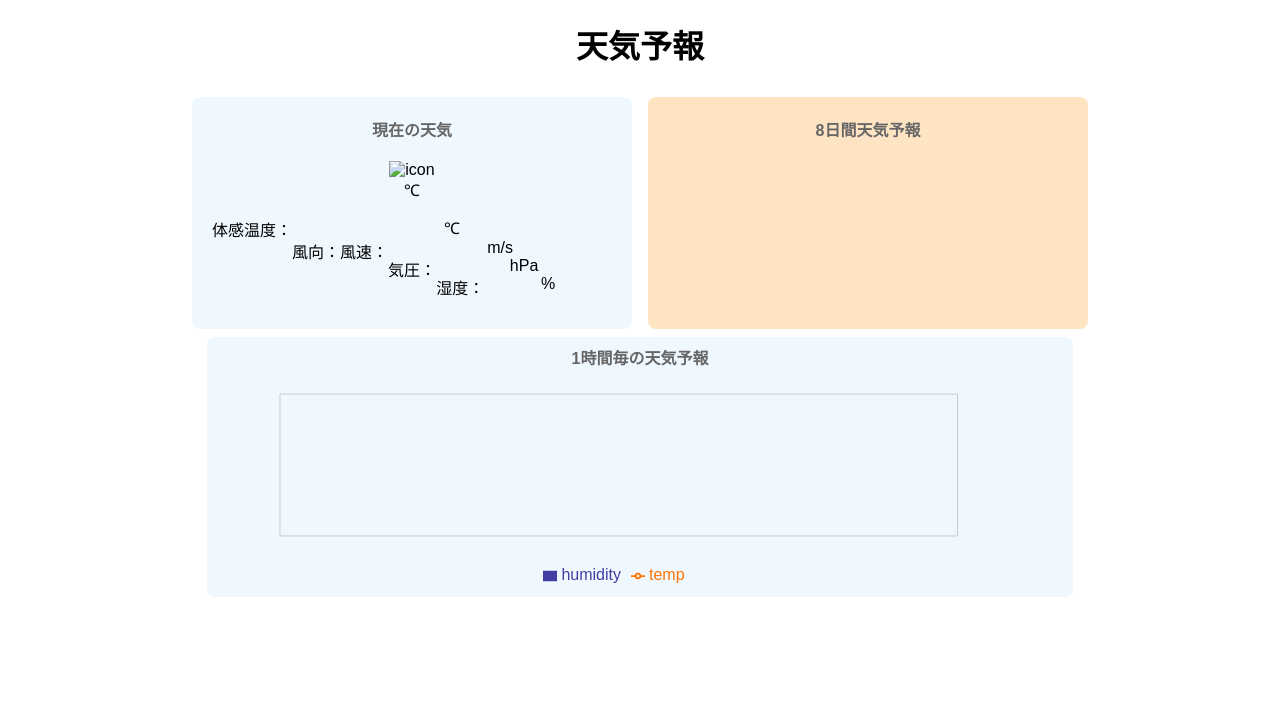
Repository: IshigureTomoki/weather-app
Page: /
These files come from the project's save history. The page is drawn as it stood at one moment and after the next save; the edit follows.
The browser window is 1280 px wide. The pictures show the whole page.
The page's requests for data from a server got no answer. The project was rebuilt for these pictures with package versions that can differ from the ones it lists, and the page was loaded fresh each time. No one was signed in, and anything a server would have sent is missing.

Above is the page before, as saved 2022-02-25 14:58:44.

### src/App.tsx
import axios from "axios";
import { report } from "process";
import React, { useEffect, useState } from "react";
import { convertTypeAcquisitionFromJson } from "typescript";
import "./App.css";
import { LinePlot } from "./components/LinePlot";

function App() {
  useEffect(() => {
    wetherOneCall();
  }, []);

  type weatherReportType = {
    time: string;
    timezone: string;
    temp: string;
    feels_like: string;
    wind_deg: string;
    wind_speed: string;
    pressure: string;
    humidity: string;
    weatherDescription: string;
    weatherIcon: string;
  };

  type weatherDailyReportsType = {
    dt: number;
    temp: {
      max: string;
      min: string;
    };
    weather: [
      {
        description: string;
        icon: string;
        id: string;
        main: string;
      }
    ];
  };

  type weatherHourlyReportsType = {
    time: string;
    temp: string;
    humidity: string;
  };

  const [weatherReport, setWeatherReport] = useState<weatherReportType>();
  const [weatherDailyReports, setWeatherDailyReports] = useState<
    weatherDailyReportsType[]
  >([]);

  const [weatherHourlyReports, setWeatherHourlyReports] = useState<
    weatherHourlyReportsType[]
  >([]);
  const [serchCity, setSearchCity] = useState("");

  const time = (dt: number) => {
    const srTime = new Date(dt * 1000);
    const time = srTime.toLocaleTimeString();
    return `${time}`;
  };

  const hour = (dt: number) => {
    const srTime = new Date(dt * 1000);
    const hour = srTime.getHours();
    return `${hour}`;
  };

  const mday = (dt: number) => {
    const srTime = new Date(dt * 1000);
    const day = srTime.toLocaleDateString();
    return `${day}`;
  };

  const date = (dt: number) => {
    const srTime = new Date(dt * 1000);
    const date = srTime.getDate();
    return `${date}`;
  };

  const dayOfWeekStr = (dt: number) => {
    const srTime = new Date(dt * 1000);
    const day = srTime.getDay();
    const dayOfWeekStrJP = ["日", "月", "火", "水", "木", "金", "土"];
    return `(${dayOfWeekStrJP[day]})`;
  };

  const wetherOneCall = async () => {
    await axios
      .get(
        "https://api.openweathermap.org/data/2.5/onecall?lat=35.690&lon=139.692&lang=ja&units=metric&appid=ff86fbdda3c22e95ce0071f6a7826f6c"
      )
      .then((res) => {
        console.log(res);

        const get_wind_deg = (wind_deg: number) => {
          let r = "北↓";
          if (wind_deg >= 11.25) r = "北北東";
          if (wind_deg >= 33.75) r = "北東↙︎";
          if (wind_deg >= 56.25) r = "東北東";
          if (wind_deg >= 78.75) r = "東←";
          if (wind_deg >= 101.25) r = "東南東";
          if (wind_deg >= 123.75) r = "南東↖︎";
          if (wind_deg >= 146.25) r = "南南東";
          if (wind_deg >= 168.75) r = "南↑";
          if (wind_deg >= 191.25) r = "南南西";
          if (wind_deg >= 213.75) r = "南西↗︎";
          if (wind_deg >= 236.25) r = "西南西";
          if (wind_deg >= 258.75) r = "西→";
          if (wind_deg >= 281.25) r = "西北西";
          if (wind_deg >= 303.75) r = "北西↘︎";
          if (wind_deg >= 326.25) r = "北北西";
          return r;
        };

        const report = {
          time: `${mday(res.data.current.dt)} ${time(res.data.current.dt)}`,
          timezone: res.data.timezone,
          temp: res.data.current.temp,
          feels_like: res.data.current.feels_like,
          wind_deg: get_wind_deg(res.data.current.wind_deg),
          wind_speed: res.data.current.wind_speed,
          pressure: res.data.current.pressure,
          humidity: res.data.current.humidity,
          weatherDescription: res.data.current.weather[0].description,
          weatherIcon: `http://openweathermap.org/img/wn/${res.data.current.weather[0].icon}@2x.png`,
        };

        const hourlyreports = res.data.hourly.map(
          (hourly: any, index: number) => {
            return {
              time: hour(hourly.dt),
              temp: hourly.temp,
              humidity: hourly.humidity,
            };
          }
        );

        hourlyreports.length = 24;

        console.log(report);
        setWeatherReport(report);
        setWeatherDailyReports(res.data.daily);
        console.log(hourlyreports);
        setWeatherHourlyReports(hourlyreports);
      });
  };
  return (
    <>
      <div className="App">
        <h1>天気予報</h1>
        <div className="upper">
          <div className="now-area">
            <div className="title">現在の天気</div>
            <div className="nowtime">{weatherReport?.time}</div>
            <div className="nowplace">{weatherReport?.timezone}</div>
            <div className="nowtemps">
            <div>
              <img src={weatherReport?.weatherIcon} alt="icon"
                      width={120}/>
            </div>
            <div className="nowtemp">{weatherReport?.temp}℃</div>
            <div className="nowdes">{weatherReport?.weatherDescription}</div>
                      </div>
            <dl>
              <dt>体感温度</dt>
              <dd>{weatherReport?.feels_like}℃</dd>
              <dt>風向</dt>
              <dd>{weatherReport?.wind_deg}</dd>
              <dt>風速</dt>
              <dd>{weatherReport?.wind_speed}m/s</dd>
              <dt>気圧</dt>
              <dd>{weatherReport?.pressure}hPa</dd>
              <dt>湿度</dt>
              <dd>{weatherReport?.humidity}%</dd>
            </dl>
          </div>

          <div className="dayly-area">
            <div className="title">8日間天気予報</div>

            {weatherDailyReports.map((report) => (
              <>
                <div className="dayly">
                  <div className="daylyd">
                    {date(report.dt)}
                    {dayOfWeekStr(report.dt)}
                  </div>
                  <div className="daylyi">
                    <img
                      src={`http://openweathermap.org/img/wn/${report.weather[0].icon}@2x.png`}
                      alt="icon"
                      width={40}
                    />
                  </div>
                  <div className="daylyde">{report.weather[0].description}</div>
                  <div className="daylym">
                    {report.temp.max}/{report.temp.min}℃
                  </div>
                </div>
              </>
            ))}
          </div>
        </div>

        <div className="hourly-area">
          <div className="title">1時間毎の天気予報</div>
          <LinePlot data={weatherHourlyReports} />
        </div>
      </div>
    </>
  );
}

export default App;

### src/App.css
body {
  font-family: sans-serif;
}

.App {
  text-align: center;
}

.upper {
  display: flex;
  justify-content: center;
}
.now-area {
  text-align: center;
  background-color: aliceblue;
  width: 400px;
  padding: 20px;
  margin: 8px;
  border-radius: 8px;
}
.nowtime {
  font-size: 30px;
}

.nowplace{
  font-size: 25px;
}


dt {
  float: left;
}

dt::after {
  content: "：";
}

.dayly-area {
  text-align: center;
  background-color: bisque;
  width: 400px;
  padding: 20px;
  margin: 8px;
  border-radius: 8px;
}

.dayly {
  display: flex;
}

.daylyd {
  width: 60px;
}

.daylyi {
  width: 90px;
}

.daylym {
  width: 150px;
}

.daylyde {
  width: 100px;
}

.hourly-area {
  background-color: aliceblue;
  width: 850px;
  padding: 8px;
  margin: 0 auto;
  border-radius: 8px;
}
.title {
  text-align: center;
  margin: 0px 0px 20px 0px;
  font-weight: bold;
  color: #666;
}

### src/components/LinePlot.tsx
import {
  Line,
  CartesianGrid,
  XAxis,
  YAxis,
  Tooltip,
  Bar,
  ComposedChart,
  ResponsiveContainer,
  Legend,
} from "recharts";

export const LinePlot = (props: any) => {
  const data = props.data;
  // const data = [
  //   { time: "15", temp: 8.67, humidity: 5 },
  //   { time: "16", temp: 8.87, humidity: 24 },
  //   { time: "17", temp: 8.61, humidity: 25 },
  //   { time: "18", temp: 8.26, humidity: 26 },
  //   { time: "19", temp: 6.67, humidity: 60 },
  //   { time: "20", temp: 5.31, humidity: 68 },
  //   { time: "21", temp: 3.73, humidity: 10 },
  //   { time: "22", temp: 3.32, humidity: 22 },
  // ];
  console.log(data);
  return (
    <ResponsiveContainer width="95%" height={200}>
      <ComposedChart  data={data}>
        <Bar
          yAxisId={2}
          dataKey="humidity"
          barSize={15}
          fill="#413ea0"
          label={{ fill: "white", fontSize: 10 }}
        />
        <Line yAxisId={1} type="monotone" dataKey="temp" stroke="#ff7300" />
        <CartesianGrid stroke="#ccc" />
        <XAxis dataKey="time" label={{ value: "時刻", dx: 5 }} />
        <YAxis yAxisId={1} tickCount={8} unit="℃" label={{ value: "気温" }} />
        <YAxis
          yAxisId={2}
          tickCount={8}
          unit="%"
          label={{ value: "降水確率", dx: 5 }}
          orientation="right"
        />
        <Legend />
        <Tooltip />
      </ComposedChart>
    </ResponsiveContainer>
  );
};

Loaded but not shown: public/index.html (common file); src/index.tsx (common file); src/index.css (common file); src/reportWebVitals.ts (common file)

After the next save:
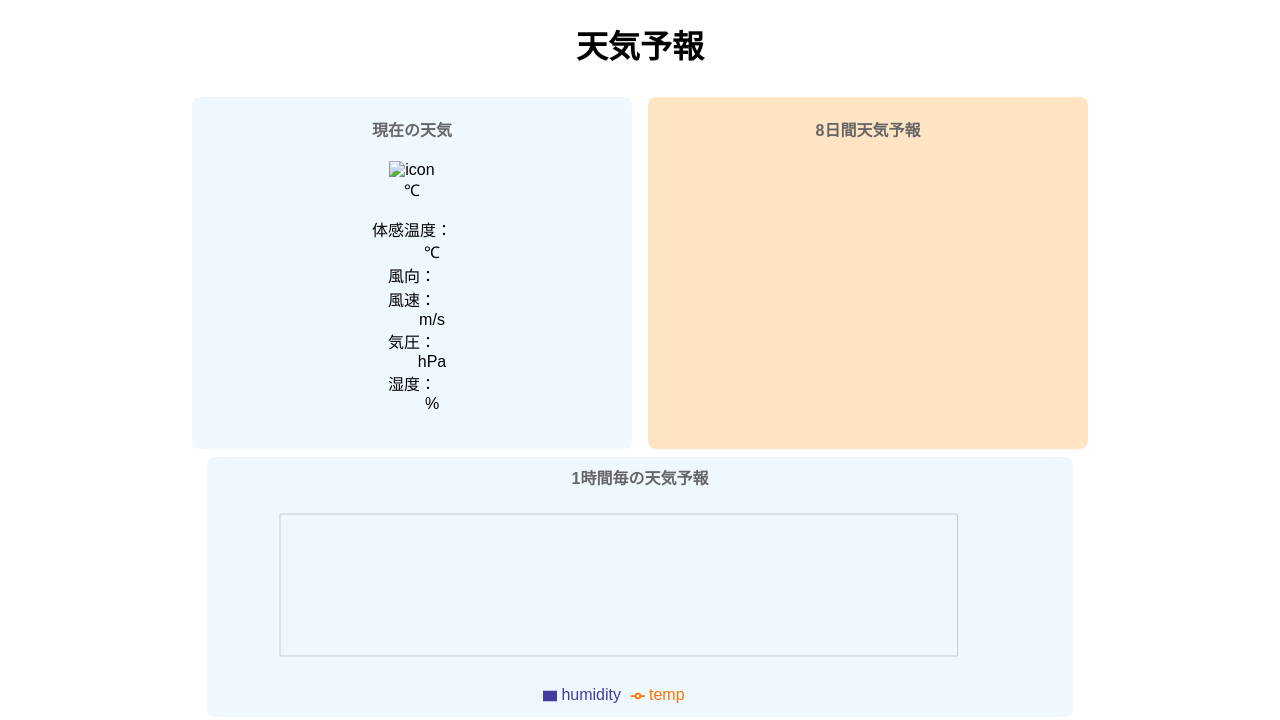
Saved 5 s later.
--- a/src/App.css
+++ b/src/App.css
@@ -25,7 +25,7 @@
 .nowplace{
   font-size: 25px;
 }
-
+.no
 
 dt {
   float: left;

After the 3 saves that followed:
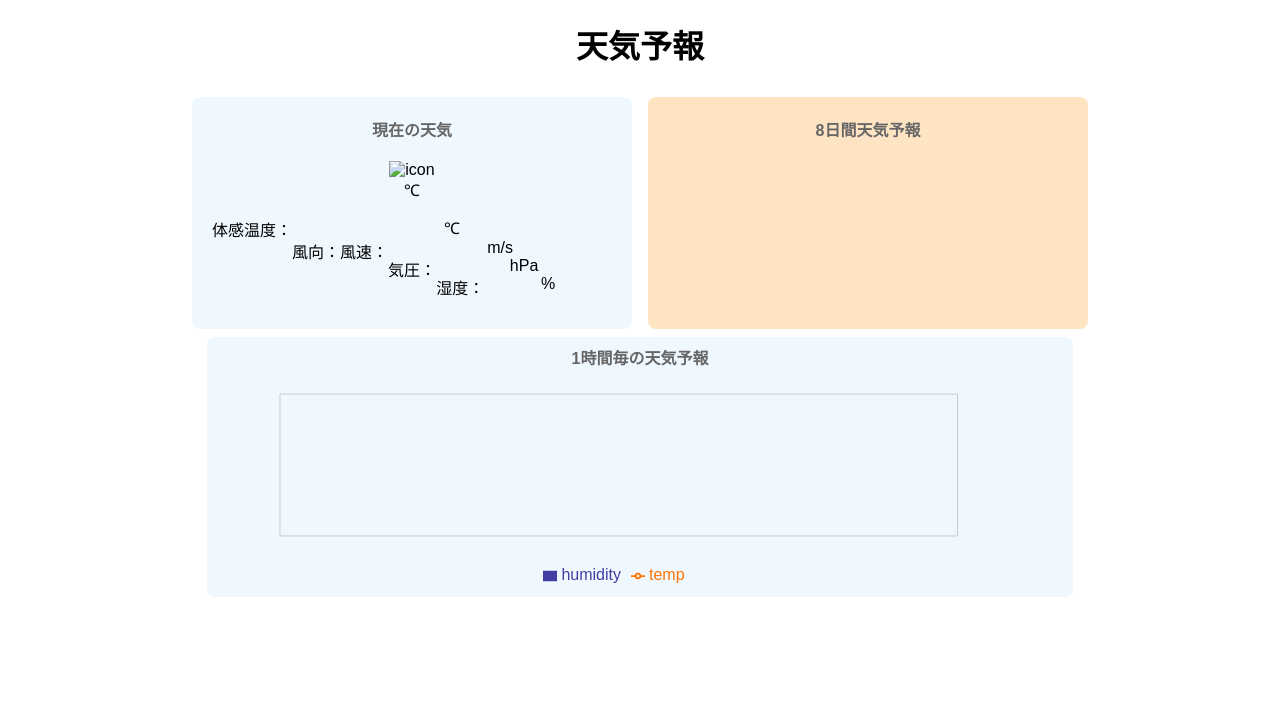
The 3 saves are shown as one change because they came seconds apart.
The last was saved 8 s later.
--- a/src/App.css
+++ b/src/App.css
@@ -25,7 +25,9 @@
 .nowplace{
   font-size: 25px;
 }
-.no
+.nowtemps{
+
+}
 
 dt {
   float: left;
